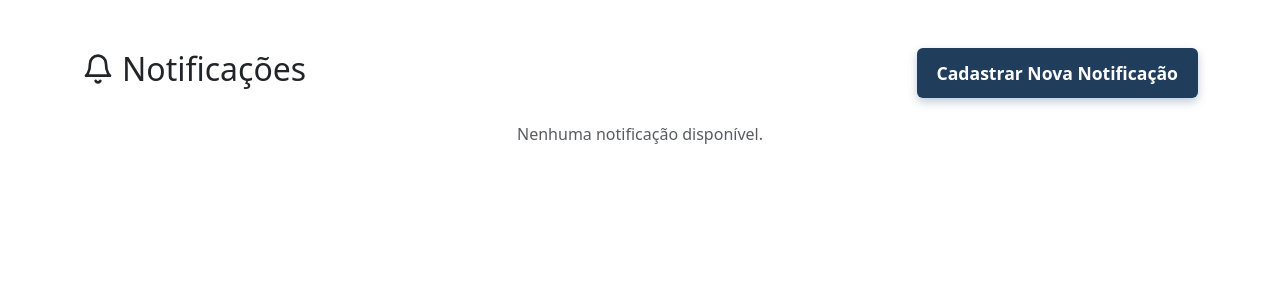
Repository: ryanmarinhodev/Supremo-teste-tecnico
Page: /notifications
These files come from the project's save history. The page is drawn as it stood at one moment and after the next save; the edit follows.
The browser window is 1280 px wide. The pictures show the whole page.
The project was rebuilt for these pictures with package versions that can differ from the ones it lists, and the page was loaded fresh each time. Also part of the build but not shown: src/App.css, src/Components/Login/index.jsx.

Above is the page before, as saved 2024-11-07 15:01:21.

### src/App.js
import { BrowserRouter, Routes, Route } from "react-router-dom";
import "./App.css";
import Login from "./Components/Login";
import NotificationsPage from "./Components/Notifications/notification";

const App = () => {
  return (
    <BrowserRouter>
      <Routes>
        <Route path="/" element={<Login />} />
        <Route path="/notifications" element={<NotificationsPage />} />
      </Routes>
    </BrowserRouter>
  );
};

export default App;

### src/Components/Notifications/notification.jsx
import React, { useState } from "react";
import "bootstrap/dist/css/bootstrap.min.css";
import { Modal, Button, Form } from "react-bootstrap";
import { FiBell, FiEdit, FiTrash2 } from "react-icons/fi"; // Importa ícones para uma aparência mais profissional
import "./notification.css";

const NotificationsPage = () => {
  const [notifications, setNotifications] = useState([]);
  const [showModal, setShowModal] = useState(false);
  const [currentNotification, setCurrentNotification] = useState({
    id: null,
    title: "",
    message: "",
    date: "",
  });

  const openModal = (notification = { title: "", message: "", date: "" }) => {
    setCurrentNotification(notification);
    setShowModal(true);
  };

  const closeModal = () => {
    setShowModal(false);
    setCurrentNotification({ id: null, title: "", message: "", date: "" });
  };

  const handleChange = (e) => {
    const { name, value } = e.target;
    setCurrentNotification((prev) => ({ ...prev, [name]: value }));
  };

  const handleSubmit = () => {
    if (currentNotification.id) {
      setNotifications((prev) =>
        prev.map((notif) =>
          notif.id === currentNotification.id ? currentNotification : notif
        )
      );
    } else {
      setNotifications((prev) => [
        ...prev,
        { ...currentNotification, id: Date.now() },
      ]);
    }
    closeModal();
  };

  const handleDelete = (id) => {
    setNotifications((prev) => prev.filter((notif) => notif.id !== id));
  };

  return (
    <div className="container mt-5">
      <header className="d-flex justify-content-between align-items-center mb-4">
        <h2 className="page-title d-flex align-items-center">
          <FiBell className="me-2" /> Notificações
        </h2>
        <Button variant="primary" onClick={() => openModal()}>
          Cadastrar Nova Notificação
        </Button>
      </header>

      <div className="notification-list">
        {notifications.length > 0 ? (
          notifications.map((notification) => (
            <div
              key={notification.id}
              className="notification-card p-3 mb-3 shadow-sm rounded"
            >
              <div className="d-flex justify-content-between align-items-center">
                <div>
                  <h5 className="notification-title">{notification.title}</h5>
                  <p className="notification-message text-muted">
                    {notification.message}
                  </p>
                  <small className="text-secondary">
                    Data de Envio: {notification.date}
                  </small>
                </div>
                <div className="d-flex align-items-center">
                  <Button
                    variant="outline-secondary"
                    className="me-2 d-flex align-items-center"
                    onClick={() => openModal(notification)}
                  >
                    <FiEdit className="me-1" /> Editar
                  </Button>
                  <Button
                    variant="outline-danger"
                    className="d-flex align-items-center"
                    onClick={() => handleDelete(notification.id)}
                  >
                    <FiTrash2 className="me-1" /> Excluir
                  </Button>
                </div>
              </div>
            </div>
          ))
        ) : (
          <p className="text-muted text-center">
            Nenhuma notificação disponível.
          </p>
        )}
      </div>

      {/* Modal para cadastrar/editar notificações */}
      <Modal show={showModal} onHide={closeModal}>
        <Modal.Header closeButton>
          <Modal.Title>
            {currentNotification.id
              ? "Editar Notificação"
              : "Cadastrar Notificação"}
          </Modal.Title>
        </Modal.Header>
        <Modal.Body>
          <Form>
            <Form.Group className="mb-3">
              <Form.Label>Título</Form.Label>
              <Form.Control
                type="text"
                placeholder="Título da Notificação"
                name="title"
                value={currentNotification.title}
                onChange={handleChange}
              />
            </Form.Group>
            <Form.Group className="mb-3">
              <Form.Label>Mensagem</Form.Label>
              <Form.Control
                as="textarea"
                rows={3}
                placeholder="Mensagem da Notificação"
                name="message"
                value={currentNotification.message}
                onChange={handleChange}
              />
            </Form.Group>
            <Form.Group className="mb-3">
              <Form.Label>Data de Envio</Form.Label>
              <Form.Control
                type="date"
                name="date"
                value={currentNotification.date}
                onChange={handleChange}
              />
            </Form.Group>
          </Form>
        </Modal.Body>
        <Modal.Footer>
          <Button variant="secondary" onClick={closeModal}>
            Cancelar
          </Button>
          <Button variant="primary" onClick={handleSubmit}>
            {currentNotification.id ? "Salvar Alterações" : "Cadastrar"}
          </Button>
        </Modal.Footer>
      </Modal>
    </div>
  );
};

export default NotificationsPage;

### src/Components/Login/styles.css
:root {
    --primary-color: #203d5c;
    --secondary-color: #adb5bd;
    --hover-color: #182533;
    --background-overlay: rgba(0, 0, 0, 0.4);
    --box-shadow: 0 4px 10px rgba(47, 84, 122, 0.3);
}

.login-container {
    background: url('https://wallpapers.com/images/hd/4k-architecture-yellow-glass-building-6d7nbmyltxlyxxv8.jpg') no-repeat center center;
    background-size: cover;
    min-height: 100vh;
    padding: 20px;
    display: flex;
    align-items: center;
    justify-content: center;
    position: relative;
}

.login-container::before {
    content: '';
    position: absolute;
    top: 0;
    left: 0;
    right: 0;
    bottom: 0;
    background: var(--background-overlay);
    z-index: 1;
}

.login-card {
    width: 100%;
    max-width: 600px;
    background-color: #ffffff;
    border-radius: 12px;
    box-shadow: var(--box-shadow);
    border: 1px solid rgba(0, 0, 0, 0.05);
    transition: transform 0.3s ease, box-shadow 0.3s ease;
    position: relative;
    z-index: 2;
    padding: 40px;
    animation: fadeIn 0.6s ease;
}

.login-card:hover {
    transform: translateY(-5px);
    box-shadow: 0 15px 40px rgba(0, 0, 0, 0.3);
}


.logo {
    width: 100px;
    height: auto;
    margin-bottom: 20px;
}

.login-title {
    font-size: 2rem;
    font-weight: 700;
    color: #000;
    margin-top: 10px;
    margin-bottom: 10px;
    font-family: 'Poppins', sans-serif;
    text-align: center;
}

.title-underline {
    width: 60px;
    height: 4px;
    background-color: #495f75;
    margin: 0 auto 20px auto;
    border-radius: 2px;
}

.subtitle {
    font-size: 1rem;
    color: #e0e0e0;
    text-align: center;
    margin-bottom: 30px;
    font-weight: 400;
}


.form-control {
    border-radius: 8px;
    padding: 15px;
    font-size: 1rem;
    border: 1px solid #ced4da;
    box-shadow: inset 0 1px 3px rgba(0, 0, 0, 0.1);
    transition: border-color 0.3s ease, box-shadow 0.3s ease;
}

.form-control:focus {
    border-color: var(--primary-color);
    box-shadow: 0 0 0 0.2rem rgba(89, 124, 161, 0.25);
}

/* Botão de login com estilo profissional */
.btn-primary {
    background-color: var(--primary-color);
    border: none;
    font-size: 1.1rem;
    font-weight: 600;
    padding: 12px 20px;
    border-radius: 6px;
    transition: background-color 0.3s ease, transform 0.2s ease;
    box-shadow: var(--box-shadow);
}

.btn-primary:hover {
    background-color: var(--hover-color);
    transform: scale(1.03);
}

/* Link "Esqueci a senha" com estilo sutil */
.text-secondary {
    color: var(--secondary-color) !important;
    font-size: 0.9rem;
}

.text-secondary:hover {
    color: #000 !important;
    text-decoration: underline;
}

/* Altera a cor de fundo e da borda do checkbox quando marcado */
.form-check-input:checked {
    background-color: var(--hover-color);
    border-color: var(--secondary-color);
}

.form-check-input:focus {
    box-shadow: none;
}

/* Efeito de transição suave ao aparecer o card */
@keyframes fadeIn {
    from {
        opacity: 0;
        transform: scale(0.9);
    }
    to {
        opacity: 1;
        transform: scale(1);
    }
}

@media (max-width: 768px) {
    .login-card {
        max-width: 90%;
        padding: 20px;
        border-radius: 8px;
    }

    .login-title {
        font-size: 1.5rem;
    }

    .subtitle {
        font-size: 0.9rem;
    }

    .logo {
        width: 80px;
    }

    .form-control {
        padding: 10px;
        font-size: 0.9rem;
    }

    .btn-primary {
        font-size: 1rem;
        padding: 10px;
    }

    .title-underline {
        width: 50px;
        height: 3px;
    }
}

### src/Components/Notifications/notification.css
.notification-list {
    max-width: 800px;
    margin: 0 auto;
  }

  .notification-card {
    background-color: #f9f9f9;
    border: 1px solid #e0e0e0;
    border-radius: 8px;
    padding: 20px;
    transition: all 0.3s ease;
  }

  .notification-card:hover {
    transform: translateY(-3px);
    box-shadow: 0 4px 12px rgba(0, 0, 0, 0.1);
  }

  .notification-title {
    font-weight: bold;
    color: #333;
  }

  .notification-message {
    margin: 5px 0;
  }

Loaded but not shown: public/index.html (common file); src/index.js (common file); src/index.css (common file); src/reportWebVitals.js (common file)

After the next save:
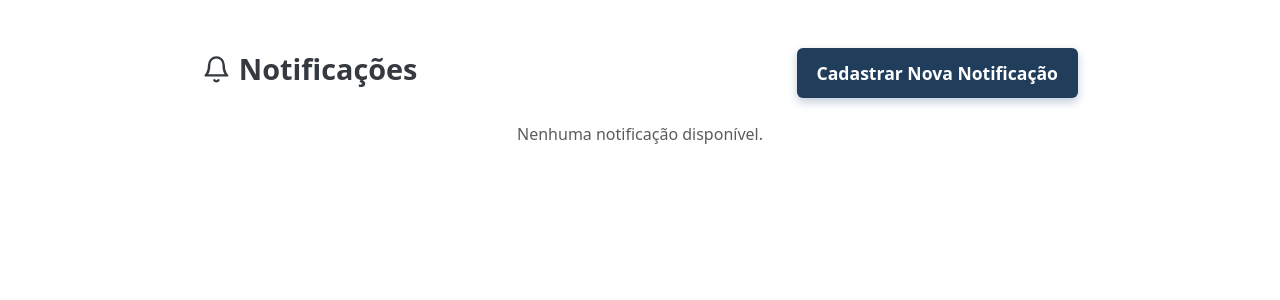
Saved 10 s later.
--- a/src/Components/Notifications/notification.css
+++ b/src/Components/Notifications/notification.css
@@ -1,10 +1,20 @@
-.notification-list {
-    max-width: 800px;
+.container {
+    max-width: 900px;
     margin: 0 auto;
   }
 
+  .page-title {
+    font-size: 1.8rem;
+    font-weight: bold;
+    color: #343a40;
+  }
+
+  .notification-list {
+    max-width: 100%;
+  }
+
   .notification-card {
-    background-color: #f9f9f9;
+    background-color: #fdfdfd;
     border: 1px solid #e0e0e0;
     border-radius: 8px;
     padding: 20px;
@@ -12,15 +22,30 @@
   }
 
   .notification-card:hover {
-    transform: translateY(-3px);
+    transform: translateY(-2px);
     box-shadow: 0 4px 12px rgba(0, 0, 0, 0.1);
   }
 
   .notification-title {
-    font-weight: bold;
-    color: #333;
+    font-size: 1.25rem;
+    font-weight: 600;
+    color: #2c3e50;
   }
 
   .notification-message {
+    font-size: 1rem;
+    color: #6c757d;
     margin: 5px 0;
   }
+
+  .notification-list small {
+    font-size: 0.85rem;
+  }
+
+  button {
+    transition: background-color 0.3s ease, box-shadow 0.2s ease;
+  }
+
+  button:hover {
+    box-shadow: 0px 4px 8px rgba(0, 0, 0, 0.15);
+  }
